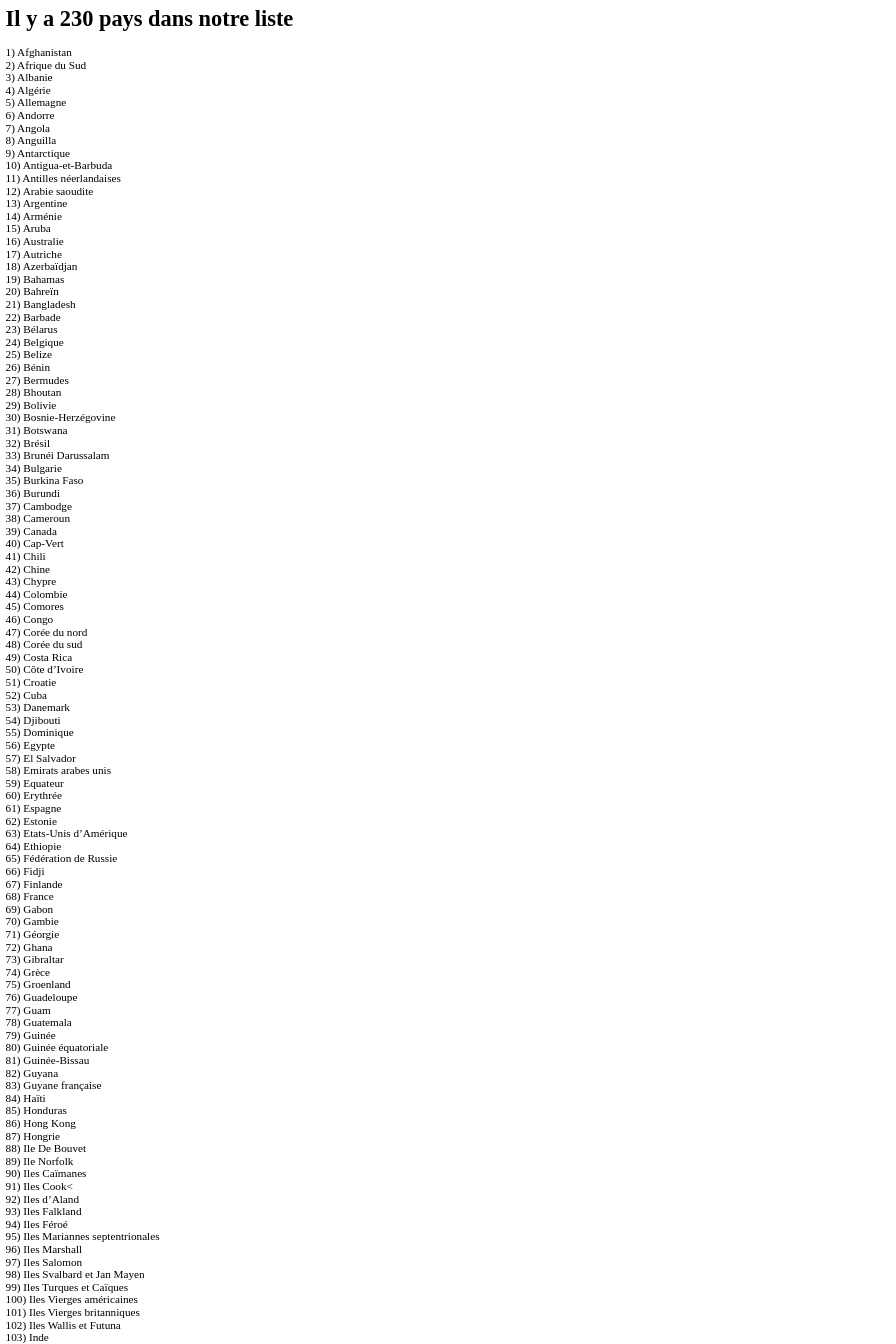
Repository: QuentinFayt/base-php-2021
Page: http://localhost/07-for-sur-tableau.php
An editor plug-in stored every save of this project. The page is shown before and after the next save, followed by the edit.
The browser window is 1280 px wide. The pictures show the part of the page from y = 0 to 1920 px (the page is 4250 px tall before and 720 px after), at 70% of full size.
The page is run by PHP 8.4 with error messages shown; the project is at /var/www/html/.

Above is the page before, as saved 2021-07-08 14:45:11.

After the next save:
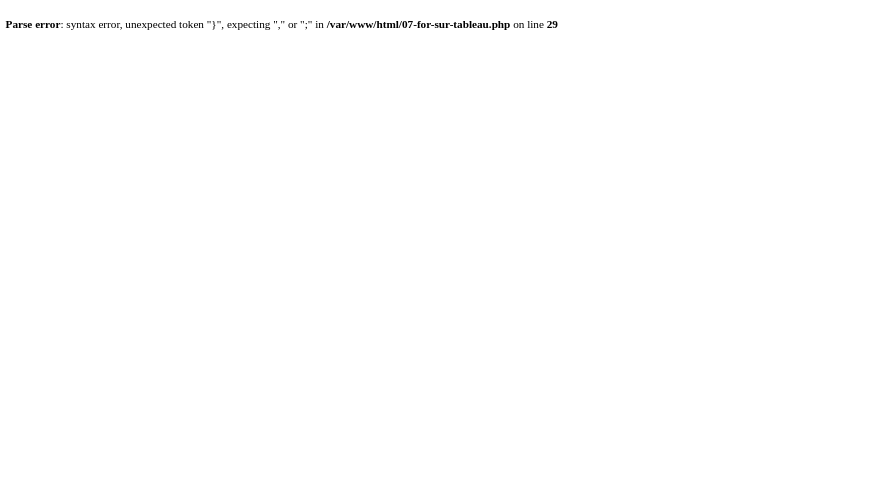
Saved 2 min 35 s later.
--- a/07-for-sur-tableau.php
+++ b/07-for-sur-tableau.php
@@ -23,3 +23,7 @@ echo "<br>$tabPays[0] - $tabPays[229]";
 $string = "bonjour les amis";
 // variable qui contient le nombre de caractères
 $nbString = strlen($string);
+
+for($i=0; $i<$nbString;$i++){
+    echo "$string[$i]<br/>"
+}

After the save that followed:
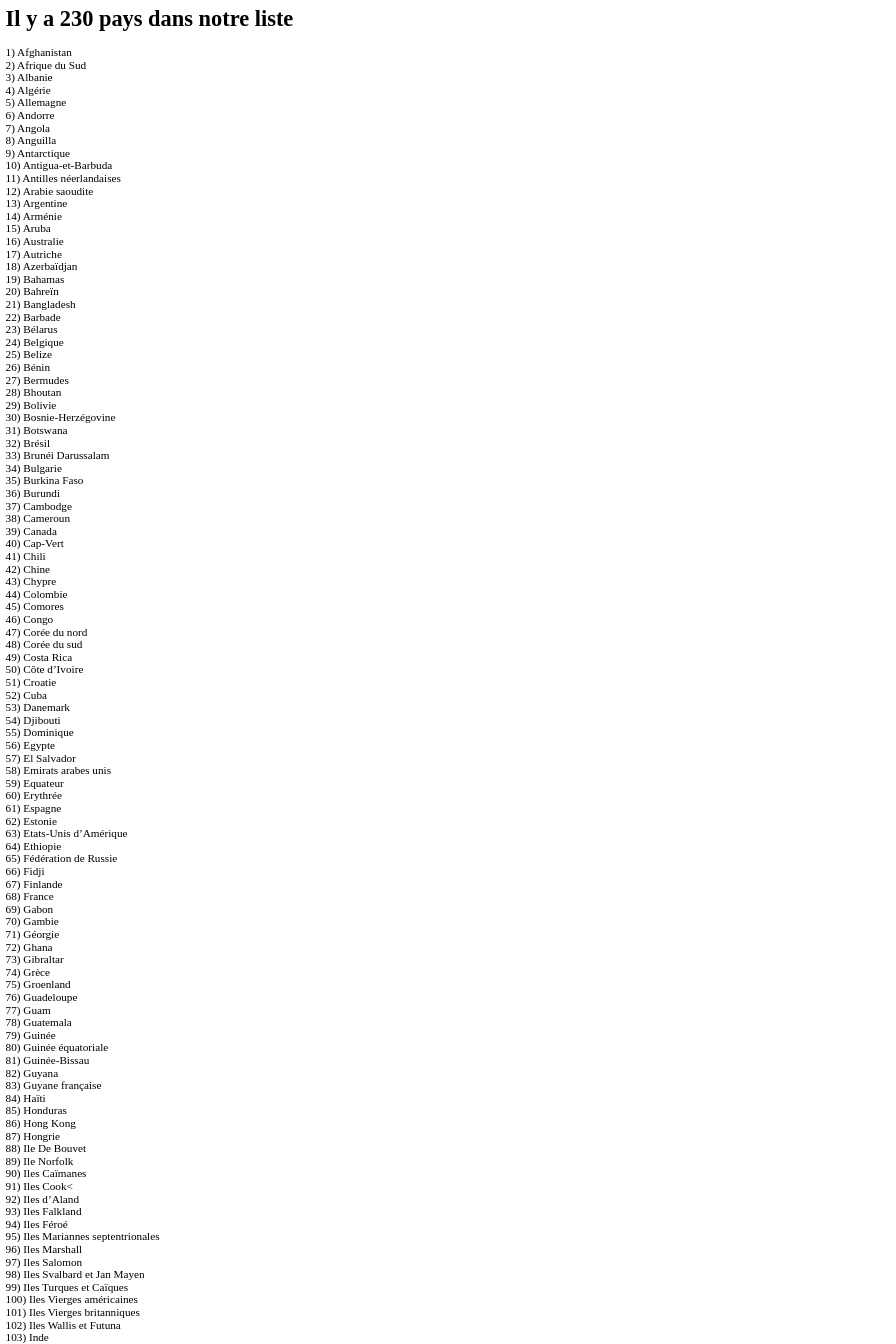
Saved 21 s later.
--- a/07-for-sur-tableau.php
+++ b/07-for-sur-tableau.php
@@ -25,5 +25,5 @@ $string = "bonjour les amis";
 $nbString = strlen($string);
 
 for($i=0; $i<$nbString;$i++){
-    echo "$string[$i]<br/>"
+    echo "$string[$i]<br/>";
 }
